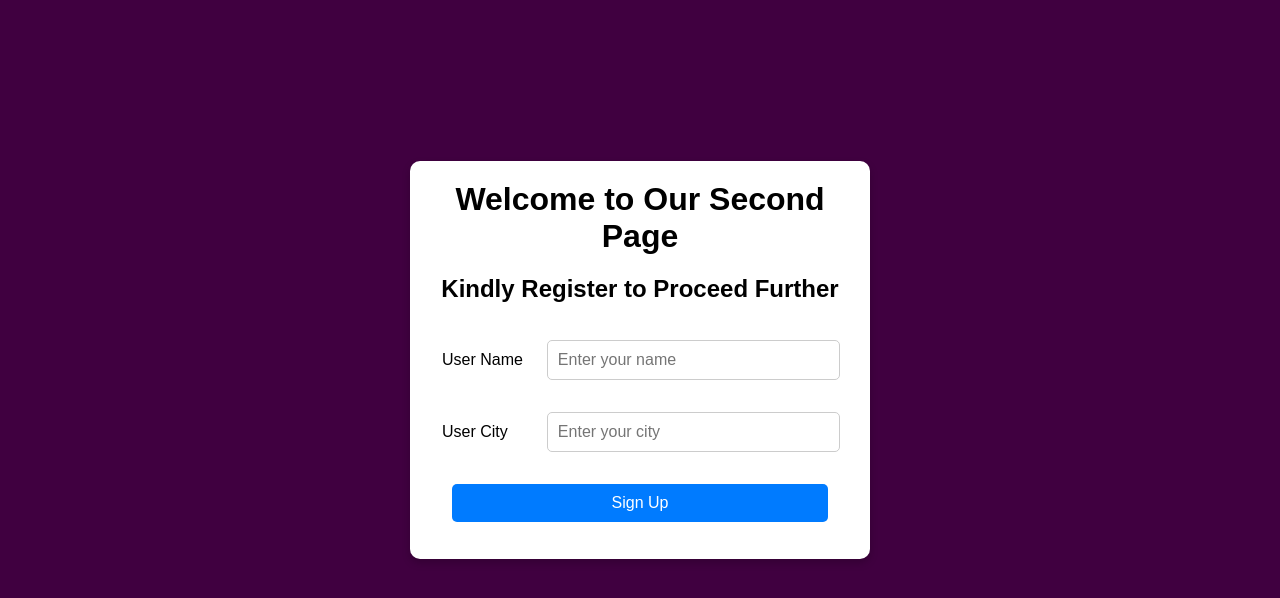
Repository: anuragtiwari3100/Java-Web-Solutions-Kit
Page: JspAndServlet/redirectToAnotherJspHtml/src/main/webapp/index.html
The author's editor kept a copy of each file at every save. The page is drawn from the files as they stood at one save, then again after the next save.
The browser window is 1280 px wide. The pictures show the whole page.

Above is the page before, as saved 2024-11-27 05:40:18.

### JspAndServlet/redirectToAnotherJspHtml/src/main/webapp/index.html
<!DOCTYPE html>
<html lang="en">
<head>
    <meta charset="UTF-8">
    <meta name="viewport" content="width=device-width, initial-scale=1.0">
    <title>Second Web Application</title>
    <style>
        body {
            background-color: rgb(64, 0, 64);
            font-family: Arial, sans-serif;
            display: flex;
            justify-content: center;
            align-items: center;
            height: 100vh;
            margin: 0;
        }
        .container {
            background-color: white;
            border-radius: 10px;
            box-shadow: 0 4px 8px rgba(0, 0, 0, 0.2);
            padding: 20px 30px;
            text-align: center;
            max-width: 400px;
            width: 100%;
        }
        h1, h2 {
            margin: 0 0 20px;
        }
        table {
            margin: 0 auto;
            text-align: left;
            width: 100%;
        }
        td {
            padding: 10px 0;
        }
        input[type="text"], input[type="submit"] {
            width: calc(100% - 20px);
            padding: 10px;
            margin: 5px 0;
            border: 1px solid #ccc;
            border-radius: 5px;
            font-size: 16px;
        }
        input[type="submit"] {
            background-color: #007BFF;
            color: white;
            border: none;
            cursor: pointer;
        }
        input[type="submit"]:hover {
            background-color: #0056b3;
        }
    </style>
</head>
<body>
    <div class="container">
        <h1>Welcome to Our Second Page</h1>
        <h2>Kindly Register to Proceed Further</h2>
        <form method="post" action="./FirstSevlet">
            <table>
                <tr>
                    <td><label for="uname">User Name</label></td>
                    <td><input type="text" id="uname" name="uname" placeholder="Enter your name" required></td>
                </tr>
                <tr>
                    <td><label for="ucity">User City</label></td>
                    <td><input type="text" id="ucity" name="ucity" placeholder="Enter your city" required></td>
                </tr>
                <tr>
                    <td colspan="2" style="text-align: center;">
                        <input type="submit" value="Sign Up">
                    </td>
                </tr>
            </table>
        </form>
    </div>
</body>
</html>

After the next save:
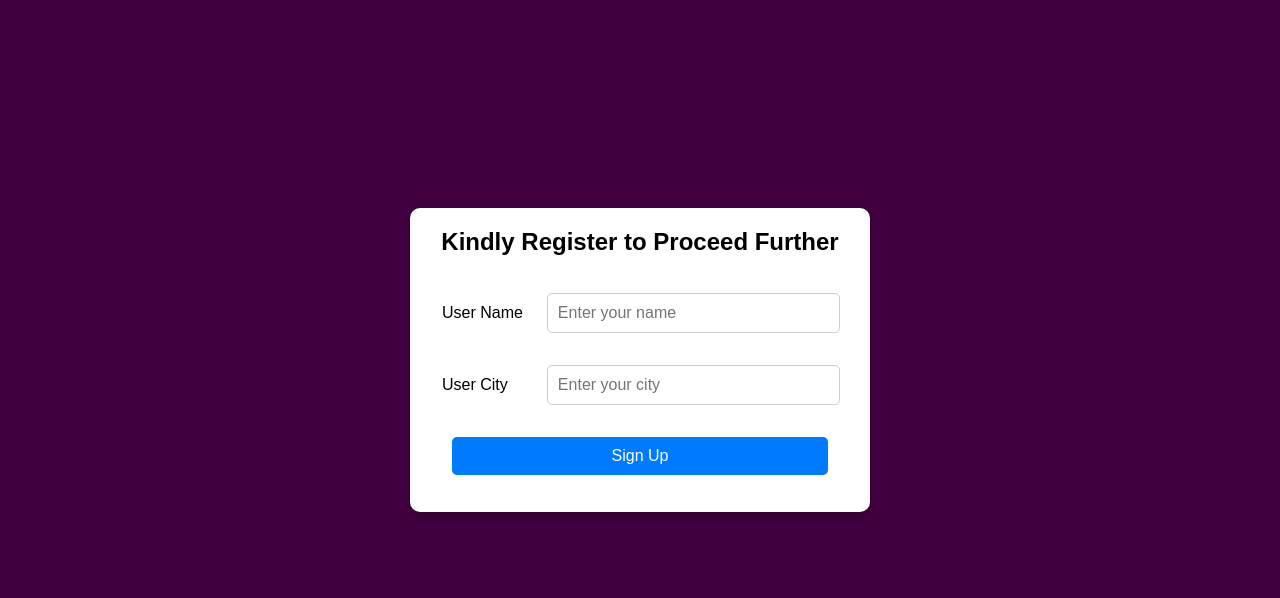
Saved 24 s later.
--- a/JspAndServlet/redirectToAnotherJspHtml/src/main/webapp/index.html
+++ b/JspAndServlet/redirectToAnotherJspHtml/src/main/webapp/index.html
@@ -55,7 +55,6 @@
 </head>
 <body>
     <div class="container">
-        <h1>Welcome to Our Second Page</h1>
         <h2>Kindly Register to Proceed Further</h2>
         <form method="post" action="./FirstSevlet">
             <table>
